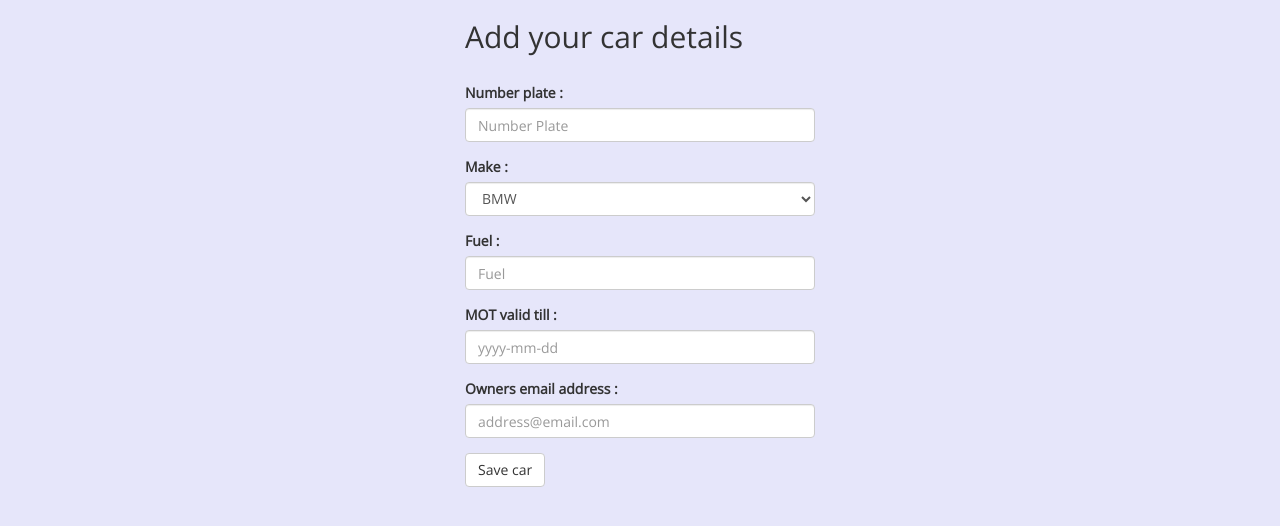
Repository: dornescustefan/SpringMVCProject
Page: http://localhost/ProjectMVC/WEB-INF/jsp/addcar.jsp
The author's editor kept a copy of each file at every save. The page is drawn from the files as they stood at one save, then again after the next save.
The browser window is 1280 px wide. The pictures show the whole page.
Some web libraries are served in a nearby version. The page is served by Tomcat 9. Nobody is signed in. The template is opened directly, without the code that normally fills it, so the values that code supplies are empty.

Above is the page before, as saved 2017-10-16 18:09:01.

After the next save:
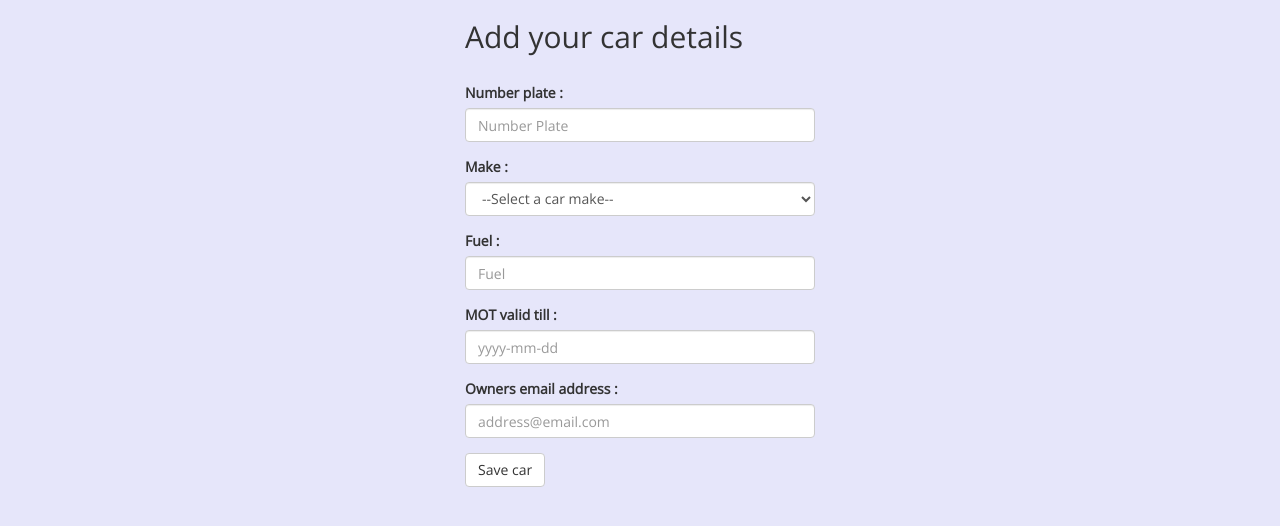
Saved 7 min 47 s later.
--- a/ProjectMVC/src/main/webapp/WEB-INF/jsp/addcar.jsp
+++ b/ProjectMVC/src/main/webapp/WEB-INF/jsp/addcar.jsp
@@ -29,7 +29,8 @@
 	<div class="form-group">
         <label  for="make">Make :</label>
          <!--<form:input  path="make"  id="make" class="form-control"  type="text" placeholder="Make"/>-->
-         <form:select path="make" id="make" class="form-control"  type="text">
+         <form:select path="make" id="make" class="form-control"  type="text"  required="">
+            <option disabled=""  selected="" >--Select a car make--</option>
              <option >BMW</option>
    			 <option >Audi</option>
    			 <option >VW</option>
